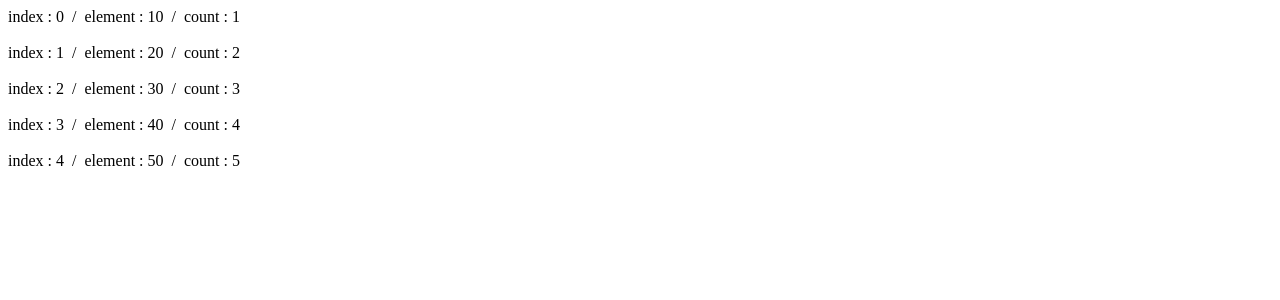
Repository: GitOnibi/jsp
Page: http://localhost/JSPprojec/ex07_index.jsp
These files come from the project's save history. The page is drawn as it stood at one moment and after the next save; the edit follows.
The browser window is 1280 px wide. The pictures show the whole page.
The page is served by Tomcat 9.

Above is the page before, as saved 2019-01-07 11:44:57.

After the next save:
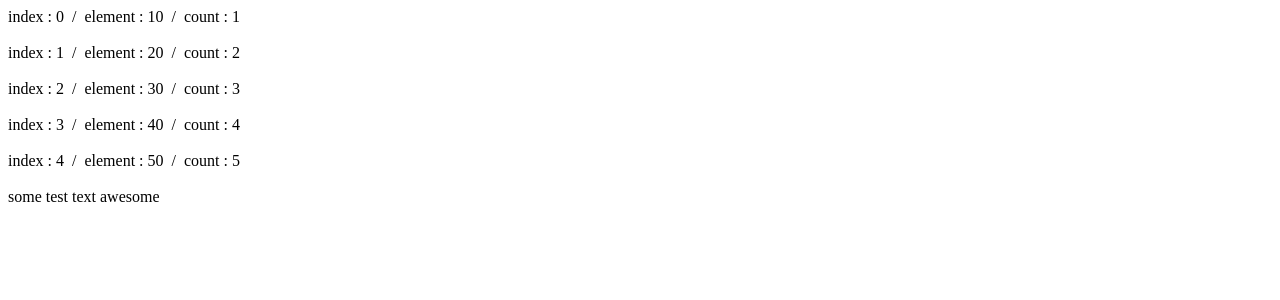
Saved 29 s later.
--- a/JSPprojec/WebContent/ex07_index.jsp
+++ b/JSPprojec/WebContent/ex07_index.jsp
@@ -12,6 +12,8 @@
 	<c:forEach items="${ arr }" var="i" varStatus="stat" begin="0" end="4">
 		index : ${ stat.index } &nbsp;/&nbsp; element : ${ i } &nbsp;/&nbsp; count : ${ stat.count }<br /><br />
 	</c:forEach>
-	<c:forTokens items="some-test-text-awesome" delims="-" var="name"></c:forTokens>
+	<c:forTokens items="some-test-text-awesome" delims="-" var="name">
+		${ name }
+	</c:forTokens>
 </body>
 </html>
